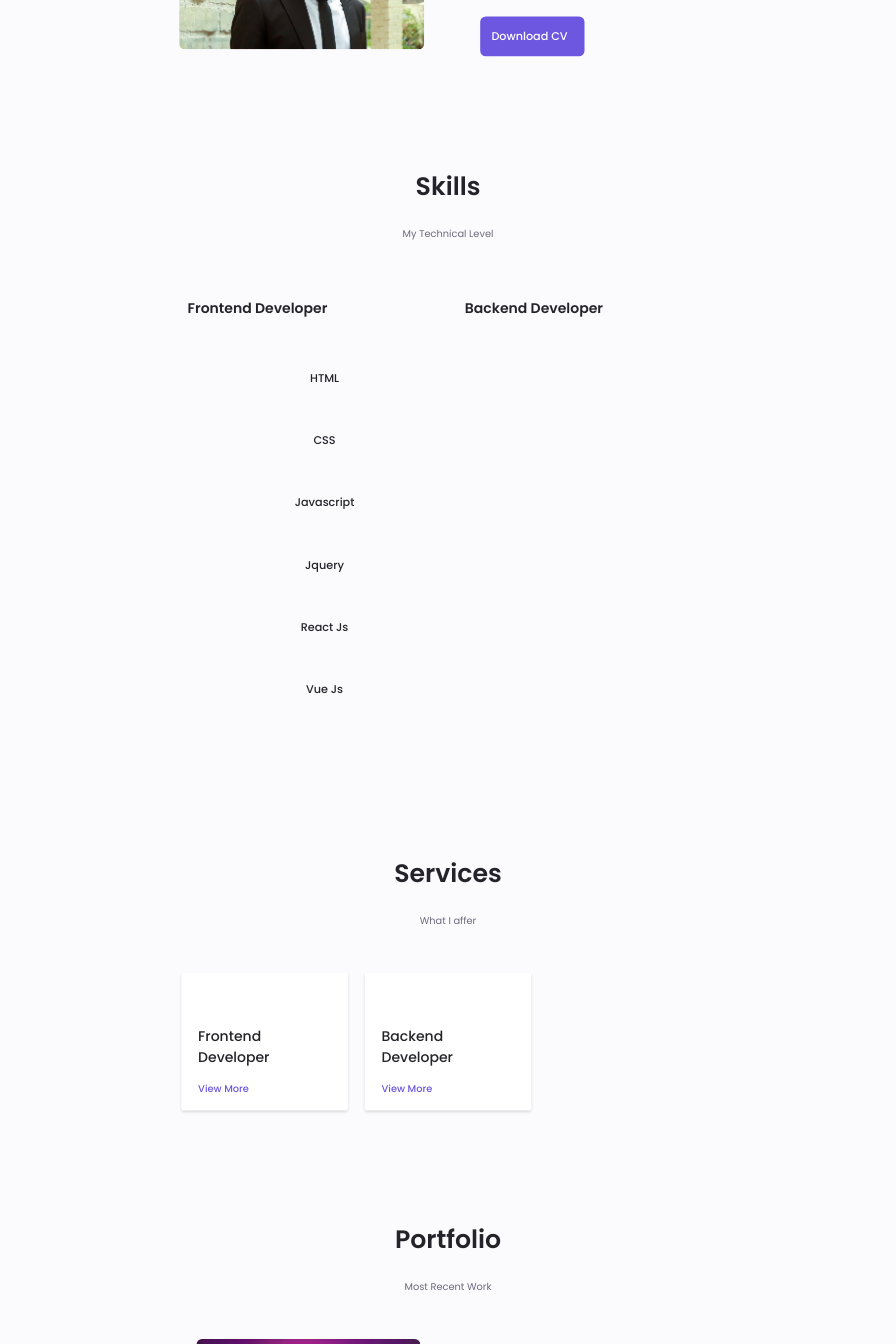
Repository: MohammedKhairi/Profile
Page: index.html
The author's editor kept a copy of each file at every save. The page is drawn from the files as they stood at one save, then again after a run of saves.
The browser window is 1280 px wide. The pictures show the part of the page from y = 1238 to 3158 px (the page is 5098 px tall before and 4117 px after), at 70% of full size.
Some icons come from a web library that is not loaded, so they are not drawn.

Above is the page before, as saved 2024-01-08 10:20:21.

After the next 2 saves:
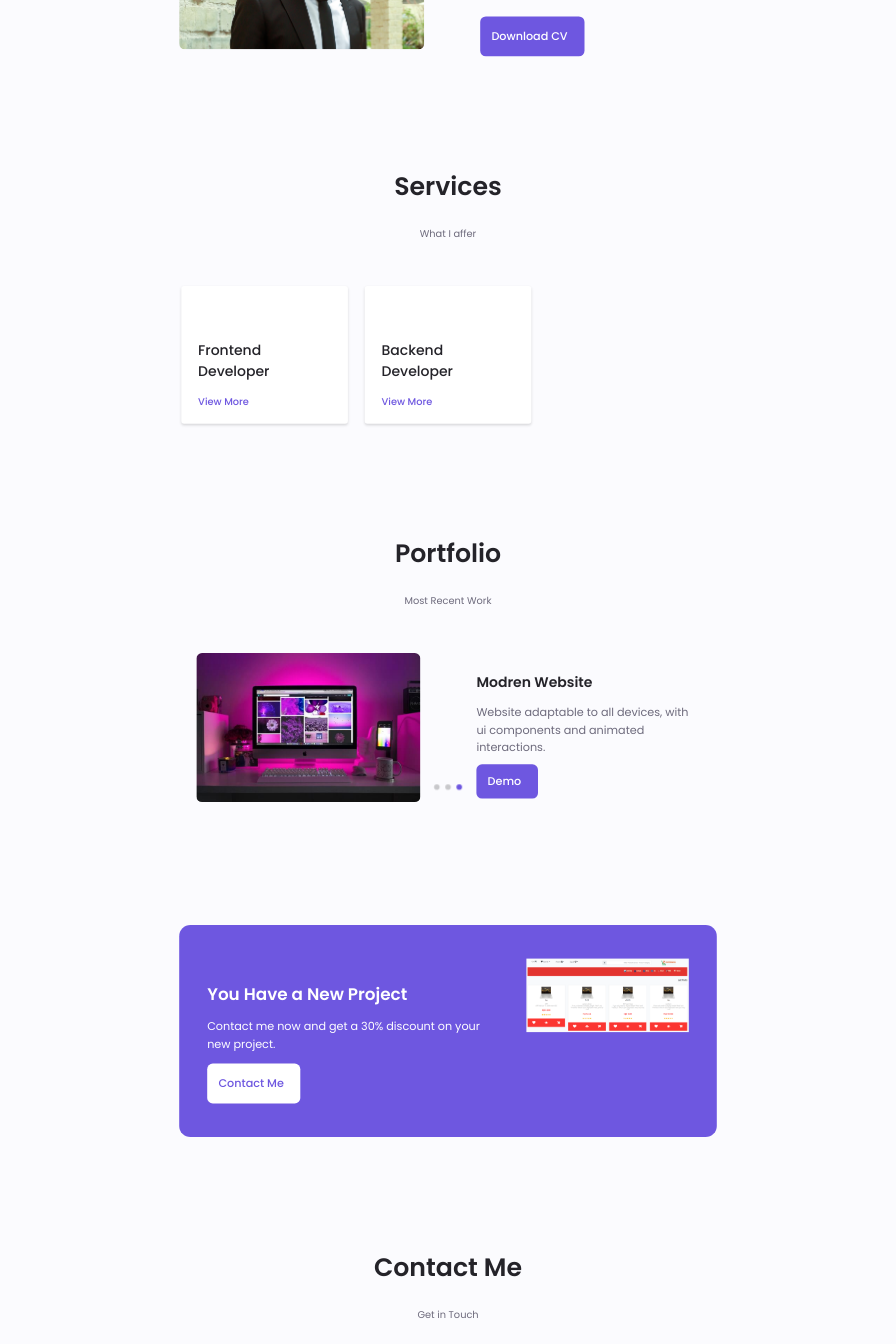
The 2 saves are shown as one change because they came seconds apart.
The last was saved 2 min 31 s later.
--- a/index.html
+++ b/index.html
@@ -151,94 +151,6 @@
         </div>
     </div>
 
-</section>
-
-<!--==================== SKILLS ====================-->
-<section class="skills section" id="skills">
-    <h2 class="section__title">Skills</h2>
-    <span class="section__subtitle">My Technical Level</span>
-    <div class="skills__container container grid">
-            <!--====== SKILLS 1 ====-->
-            <div class="skills__content skills__open">
-                <div class="skills__header">
-                    <i class="uil uil-brackets-curly skills__icon"></i>
-                    <div>
-                        <h1 class="skills__title">Frontend Developer</h1>
-                    </div>
-                    <i class="uil uil-angle-down skills__arrow"></i>
-                </div>
-                <div class="skills__list grid">
-                    <div class="skills__data">
-                        <div class="skills__titles">
-                            <h3 class="skills__name">HTML</h3>
-                        </div>
-                    </div>
-                    <div class="skills__data">
-                        <div class="skills__titles">
-                            <h3 class="skills__name">CSS</h3>
-                        </div>
-                    </div>
-                    <div class="skills__data">
-                        <div class="skills__titles">
-                            <h3 class="skills__name">Javascript</h3>
-                        </div>
-
-                    </div>
-                    <div class="skills__data">
-                        <div class="skills__titles">
-                            <h3 class="skills__name">Jquery</h3>
-                        </div>
-                    </div>
-                    <div class="skills__data">
-                        <div class="skills__titles">
-                            <h3 class="skills__name">React Js</h3>
-                        </div>
-
-                    </div>
-                    <div class="skills__data">
-                        <div class="skills__titles">
-                            <h3 class="skills__name">Vue Js</h3>
-                        </div>
-
-                    </div>
-                </div>
-            </div>
-            <!--====== SKILLS 2 ====-->
-            <div class="skills__content skills__close">
-                <div class="skills__header">
-                    <i class="uil uil-server-network skills__icon"></i>
-                    <div>
-                        <h1 class="skills__title">Backend Developer</h1>
-                    </div>
-                    <i class="uil uil-angle-down skills__arrow"></i>
-                </div>
-                <div class="skills__list grid">
-                    <div class="skills__data">
-                        <div class="skills__titles">
-                            <h3 class="skills__name">PHP (Laravel,Codeigniter,Pure)</h3>
-                        </div>
-                    </div>
-                    <div class="skills__data">
-                        <div class="skills__titles">
-                            <h3 class="skills__name">Node JS</h3>
-                        </div>
-                    </div>
-                    <div class="skills__data">
-                        <div class="skills__titles">
-                            <h3 class="skills__name">Mysql</h3>
-                        </div>
-                    </div>
-                    <div class="skills__data">
-                        <div class="skills__titles">
-                            <h3 class="skills__name">Mongodb</h3>
-                            <span class="skills__number">50%</span>
-                        </div>
-                    </div>
-                </div>
-
-
-            </div>
-    </div>
 </section>
 
 <!--==================== SERVICES ====================-->
